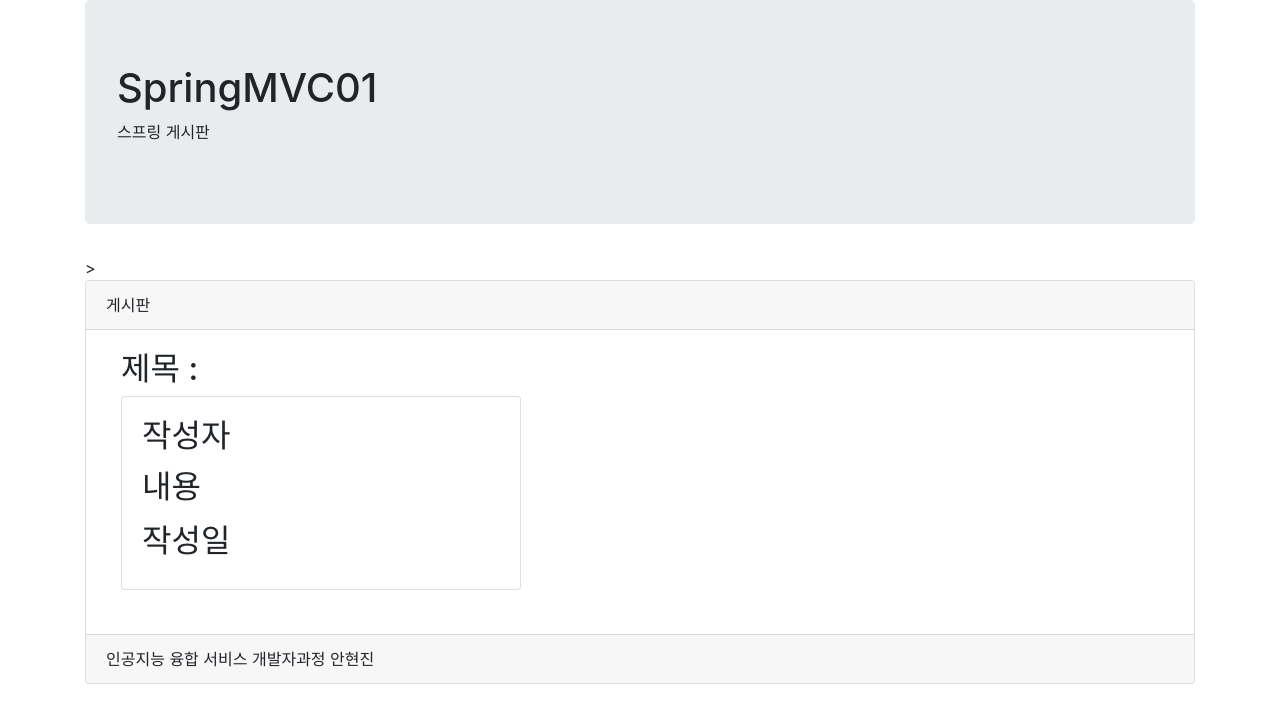
Repository: JangGunWook/Spring_webStudy
Page: http://localhost/SpringMVC01/WEB-INF/views/boardDetail.jsp
These files come from the project's save history. The page is drawn as it stood at one moment and after the next save; the edit follows.
The browser window is 1280 px wide. The pictures show the whole page.
The page is served by Tomcat 9. Nobody is signed in. Other server files are loaded and not shown. The template is opened directly, without the code that normally fills it, so the values that code supplies are empty.

Above is the page before, as saved 2023-10-17 03:46:08.

### SpringMVC01/src/main/webapp/WEB-INF/views/boardDetail.jsp
<%@ page language="java" contentType="text/html; charset=UTF-8"
	pageEncoding="UTF-8"%>
<!DOCTYPE html>
<html lang="en">
<head>
<title>Bootstrap Example</title>
<meta charset="utf-8">
<meta name="viewport" content="width=device-width, initial-scale=1">
<link rel="stylesheet"
	href="https://cdn.jsdelivr.net/npm/bootstrap@4.6.2/dist/css/bootstrap.min.css">
<script
	src="https://cdn.jsdelivr.net/npm/jquery@3.6.4/dist/jquery.min.js"></script>
<script
	src="https://cdn.jsdelivr.net/npm/popper.js@1.16.1/dist/umd/popper.min.js"></script>
<script
	src="https://cdn.jsdelivr.net/npm/bootstrap@4.6.2/dist/js/bootstrap.bundle.min.js"></script>
</head>
<body>

	<div class="container">
		<div class="jumbotron">
			<h1>SpringMVC01</h1>
			<p>스프링 게시판</p>
		</div>
>
		<div class="card">
			<div class="card-header">게시판</div>
			<div class="card-body">

				<div class="container">
					<h2>제목 : ${detail.title}</h2>

					<div class="card" style="width: 400px">

						<div class="card-body">
							<h2>작성자</h2>
							<h3 class="card-title">${detail.writer}</h4>
							<h2>내용</h2>
							<p class="card-text">${detail.content}</p>
							<h2>작성일</h2>
							<p class="card-text">${detail.indate}</p>
						</div>
					</div>
					<br>

				</div>

			</div>
			<div class="card-footer">인공지능 융합 서비스 개발자과정 안현진</div>
		</div>

	</div>

</body>
</html>

After the next save:
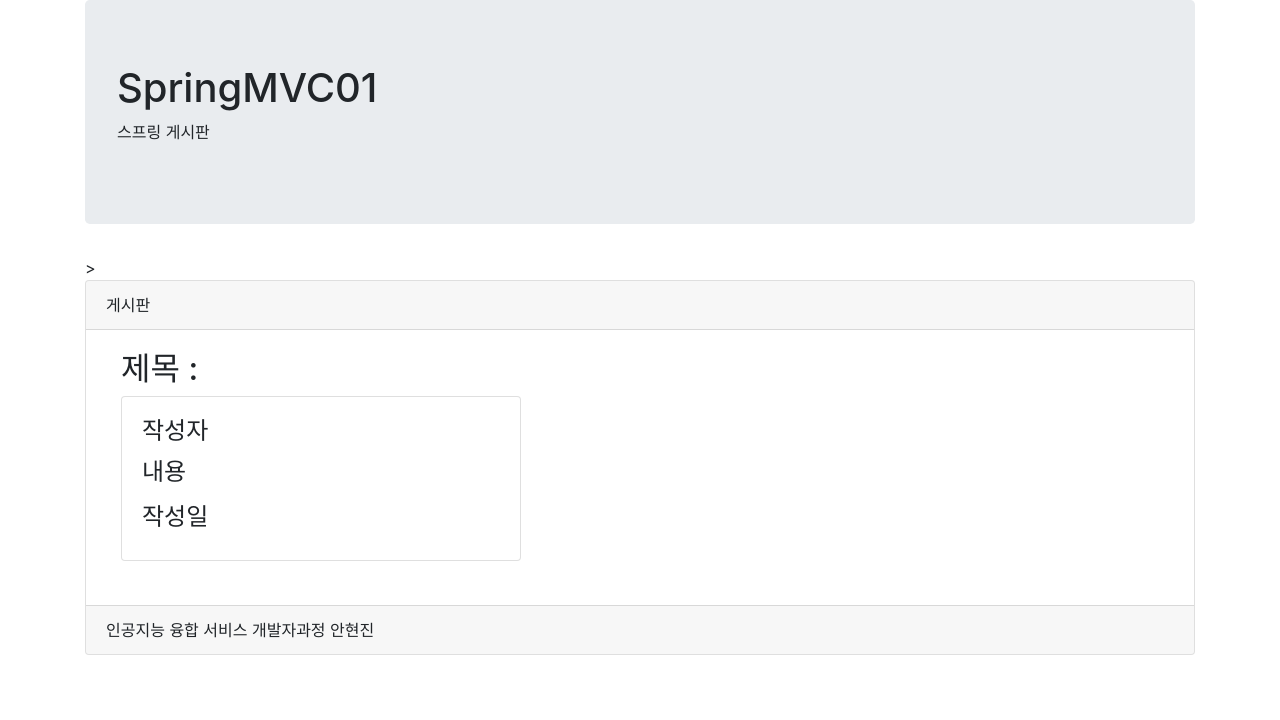
Saved 30 s later.
--- a/SpringMVC01/src/main/webapp/WEB-INF/views/boardDetail.jsp
+++ b/SpringMVC01/src/main/webapp/WEB-INF/views/boardDetail.jsp
@@ -33,11 +33,11 @@
 					<div class="card" style="width: 400px">
 
 						<div class="card-body">
-							<h2>작성자</h2>
+							<h4>작성자</h2>
 							<h3 class="card-title">${detail.writer}</h4>
-							<h2>내용</h2>
+							<h4>내용</h2>
 							<p class="card-text">${detail.content}</p>
-							<h2>작성일</h2>
+							<h4>작성일</h2>
 							<p class="card-text">${detail.indate}</p>
 						</div>
 					</div>
